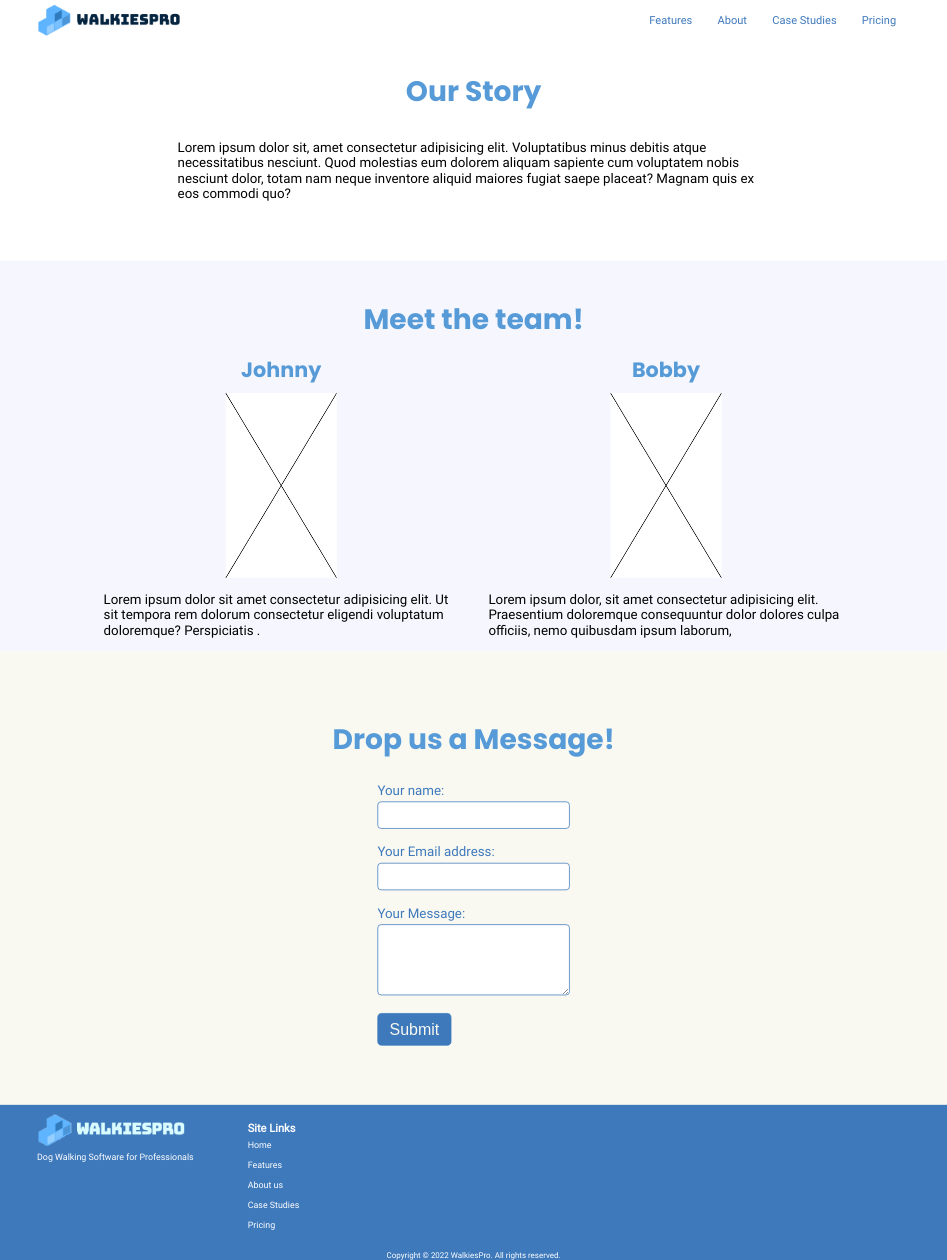
Repository: StevieC87/LAYOUT4
Page: pricing.html
An editor plug-in stored every save of this project. The page is shown before and after the next save, followed by the edit.
The browser window is 1280 px wide. The pictures show the whole page, at 74% of full size.

Above is the page before, as saved 2022-01-02 18:59:11.

After the next save:
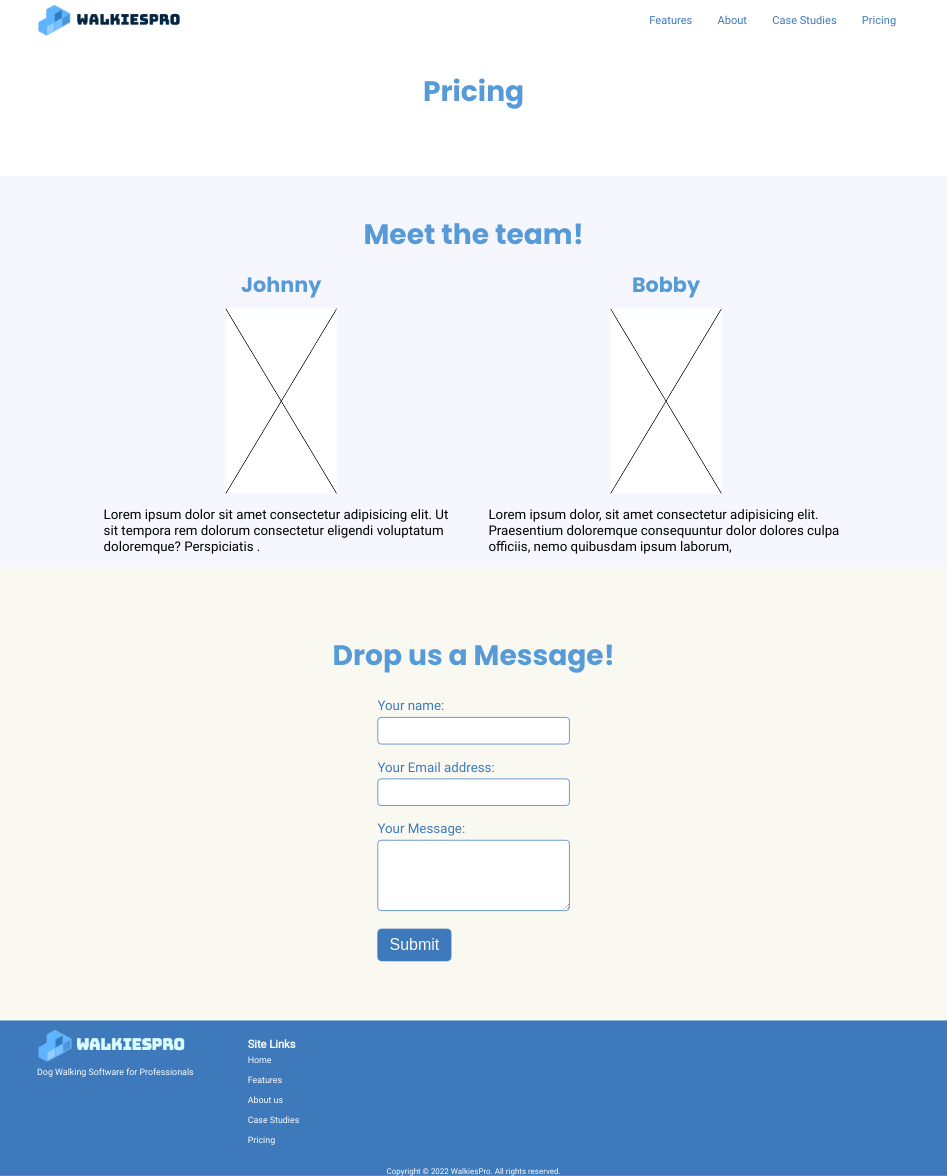
Saved 7 min 15 s later.
--- a/pricing.html
+++ b/pricing.html
@@ -48,13 +48,13 @@
       <section class="ourstorywrapper">
 
           <div class="ourstoryh1">
-            <h1 class="fronth1" style="display: block">Our Story</h1>
+            <h1 class="fronth1" style="display: block">Pricing</h1>
           </div>
-          <div class="ourstoryp">
+         <!--  <div class="ourstoryp">
               Lorem ipsum dolor sit, amet consectetur adipisicing elit. Voluptatibus minus debitis atque necessitatibus
               nesciunt. Quod molestias eum dolorem aliquam sapiente cum voluptatem nobis nesciunt dolor, totam nam neque
               inventore aliquid maiores fugiat saepe placeat? Magnam quis ex eos commodi quo?
-          </div>
+          </div> -->
 
       </section>
       <!------------------ MEET THE TEAM --------------------->
